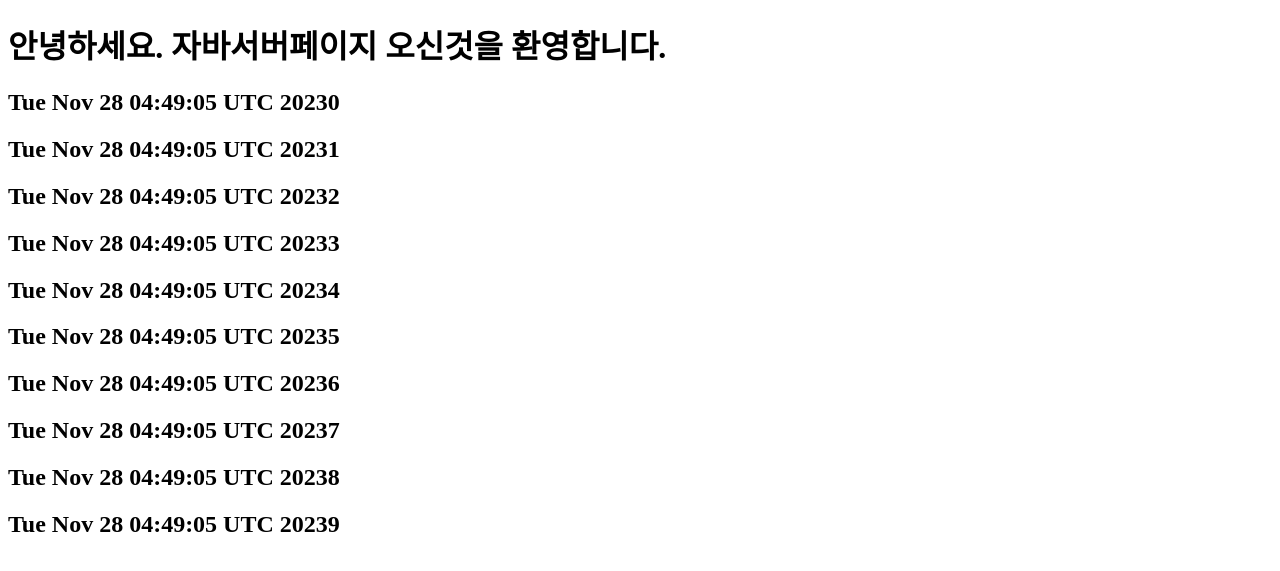
Repository: bjkim247/webproject
Page: http://localhost/jsptest/welcome.jsp
The author's editor kept a copy of each file at every save. The page is drawn from the files as they stood at one save, then again after the next save.
The browser window is 1280 px wide. The pictures show the whole page.
The page is served by Tomcat 10. Other server files are loaded and not shown.

Above is the page before, as saved 2023-11-28 05:26:21.

### webproject/jsptest/src/main/webapp/welcome.jsp
<%@page import="java.util.Date"%>
<%@ page language="java" contentType="text/html; charset=UTF-8"
    pageEncoding="UTF-8"%>
<!DOCTYPE html>
<html>
<head>
<meta charset="UTF-8">
<title>Insert title here</title>
<%
	Date date = new Date();
	 String displayDate = date.toString();
%>
</head>
<body>
	<h1>안녕하세요. 자바서버페이지 오신것을 환영합니다.</h1>
	<% for(int i=0;i<10;i++){ %>
	<h2><%= displayDate + i%> </h2>
	<% } %>
</body>
</html>

After the next save:
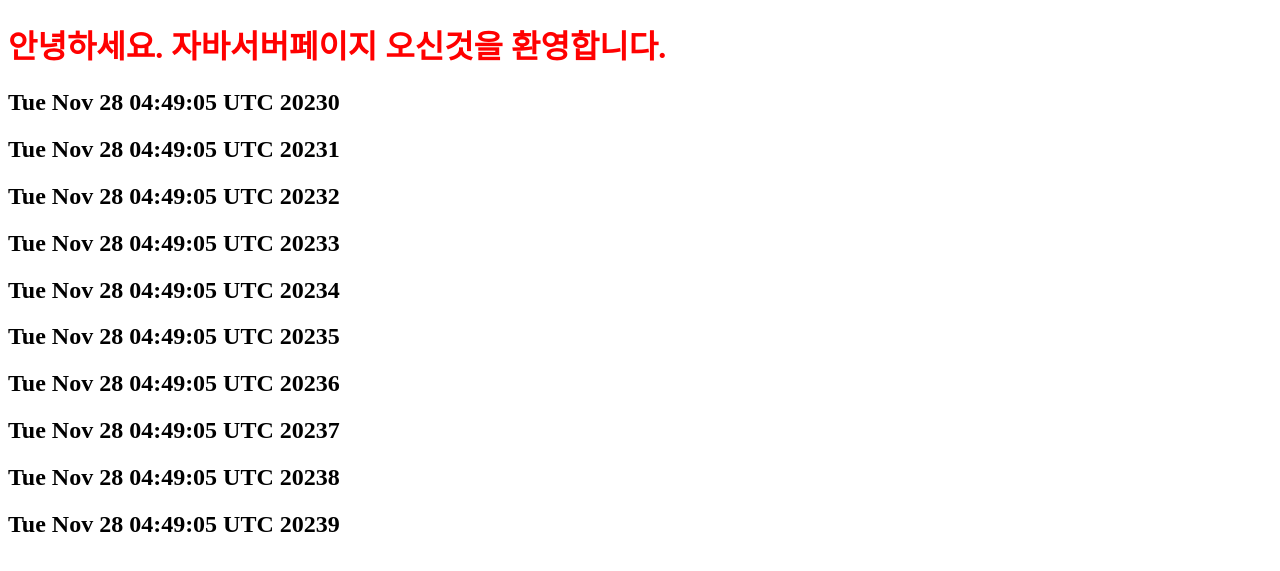
Saved 19 min 11 s later.
--- a/webproject/jsptest/src/main/webapp/welcome.jsp
+++ b/webproject/jsptest/src/main/webapp/welcome.jsp
@@ -6,6 +6,11 @@
 <head>
 <meta charset="UTF-8">
 <title>Insert title here</title>
+<style type="text/css">
+h1 {
+	color: red;
+}
+</style>
 <%
 	Date date = new Date();
 	 String displayDate = date.toString();
